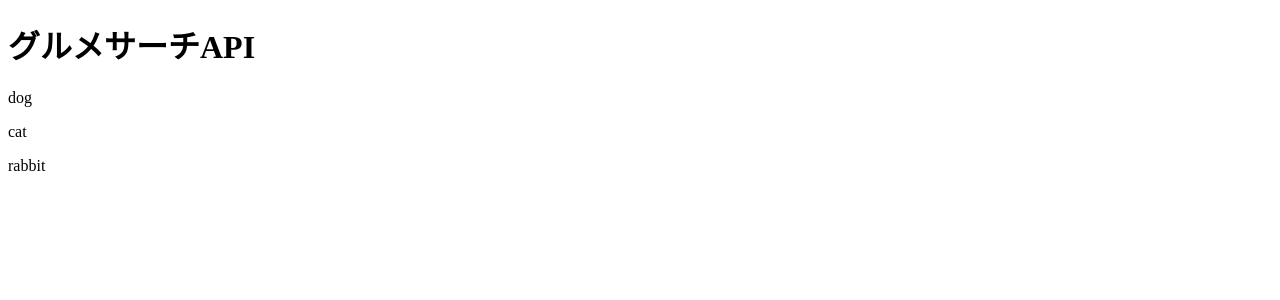
Repository: kanshu-1118/gpt-schoollife
Page: /
These files come from the project's save history. The page is drawn as it stood at one moment and after the next save; the edit follows.
The browser window is 1280 px wide. The pictures show the whole page.
The page's requests for data from a server got no answer. The project was rebuilt for these pictures with package versions that can differ from the ones it lists, and the page was loaded fresh each time. The framework's server and built-in components were replaced by stand-ins that run in the browser. No one was signed in, and anything a server would have sent is missing. Also part of the build but not shown: next.config.js.

Above is the page before, as saved 2023-05-18 14:11:30.

After the next save:
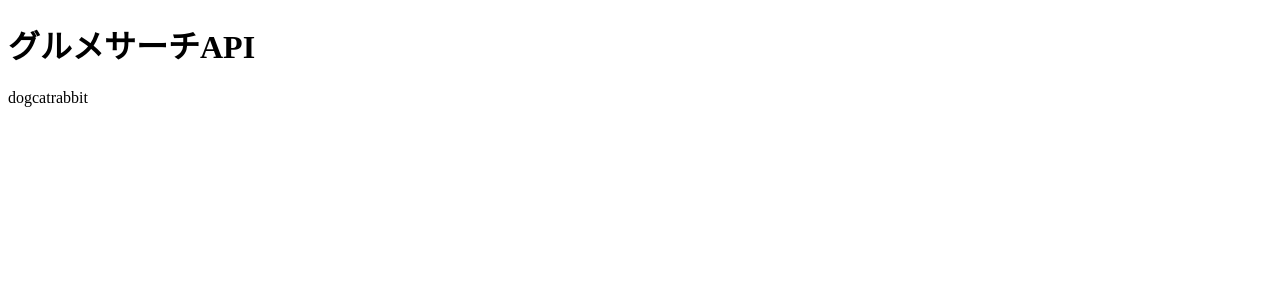
Saved 58 s later.
--- a/src/pages/index.tsx
+++ b/src/pages/index.tsx
@@ -24,7 +24,7 @@ export default function Home() {
         <>
           <div>
             <h1>グルメサーチAPI</h1>
-            <p>{animals.map((e:any,i:any)=><p>{e}</p>)}</p>
+            <p>{animals.map((e:any,i:any)=>e)}</p>
           </div>
         </>
       )
